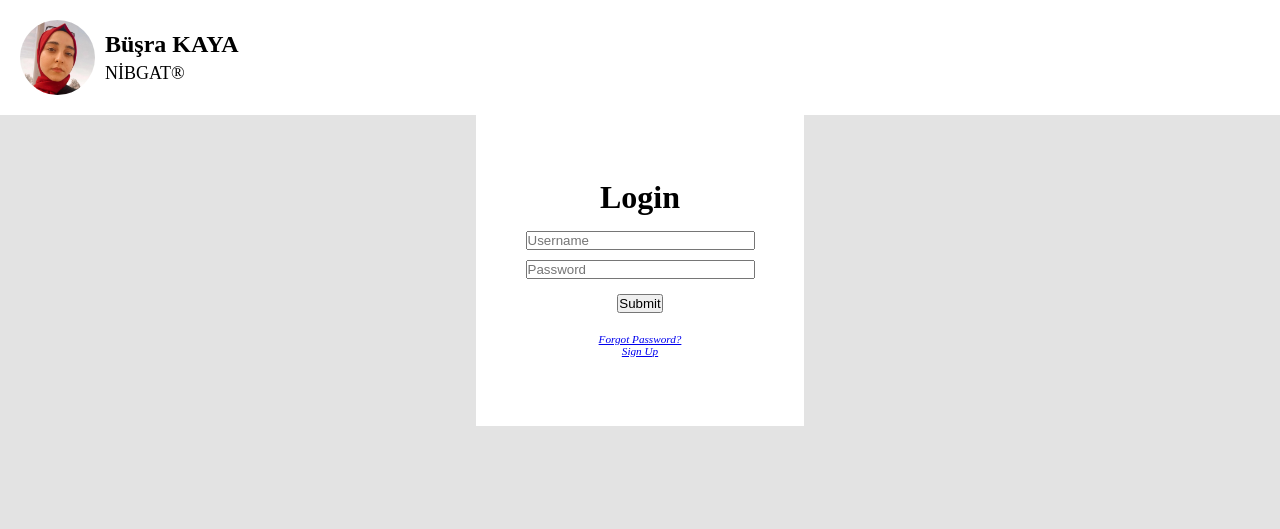
Repository: busra-kayaa/LoginPage
Page: login.html
An editor plug-in stored every save of this project. The page is shown before and after a run of saves, followed by the edit.
The browser window is 1280 px wide. The pictures show the whole page.

Above is the page before, as saved 2024-01-02 18:28:44.

After the next 2 saves:
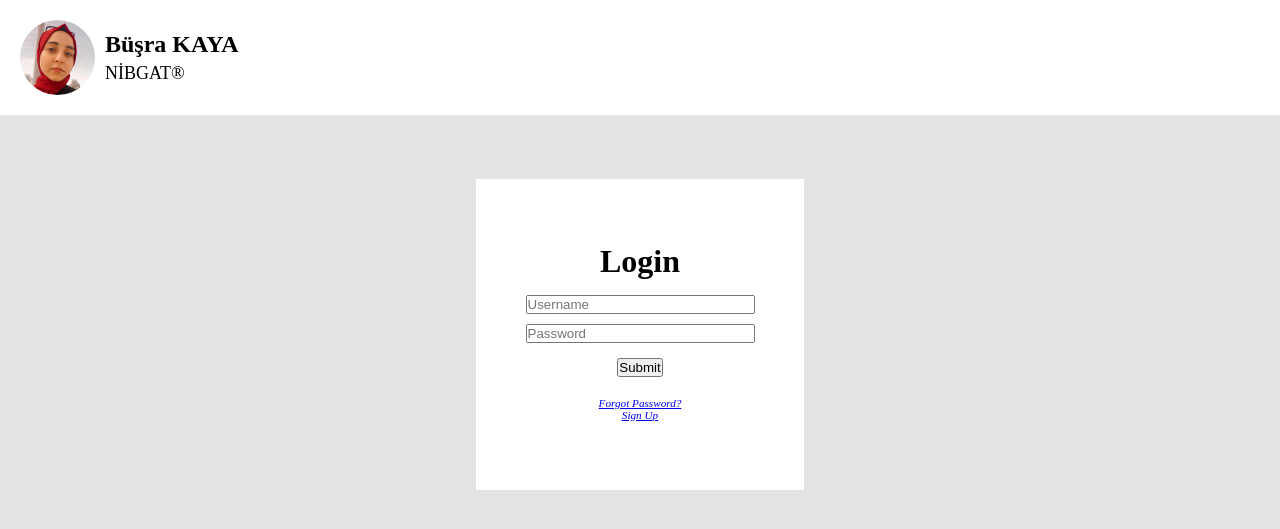
The 2 saves are shown as one change because they came seconds apart.
The last was saved 12 s later.
--- a/style.css
+++ b/style.css
@@ -15,7 +15,7 @@ body {
     align-items: center;
     padding: 20px;
     display: flex;
-    margin: auto;
+    margin-bottom: 5%;
 }
 
 .header-left-side-container {
